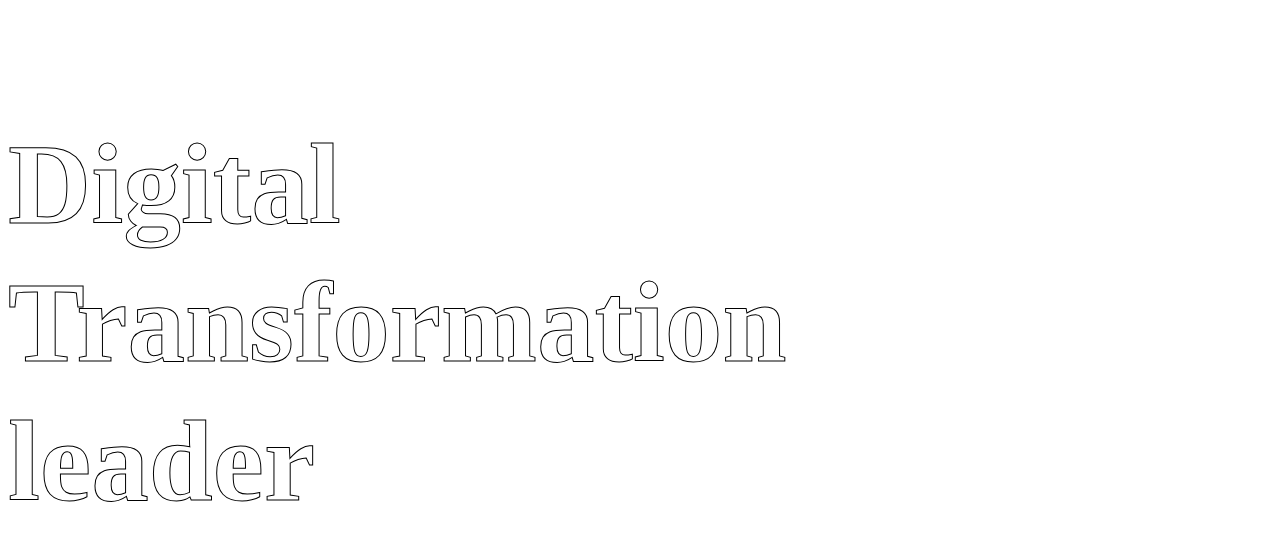
Repository: lwygold/motion
Page: text/텍스트 위에서 아래로 채워지는.html
An editor plug-in stored every save of this project. The page is shown before and after the next save, followed by the edit.
The browser window is 1280 px wide. The pictures show the whole page.

Above is the page before, as saved 2023-02-07 14:46:39.

After the next save:
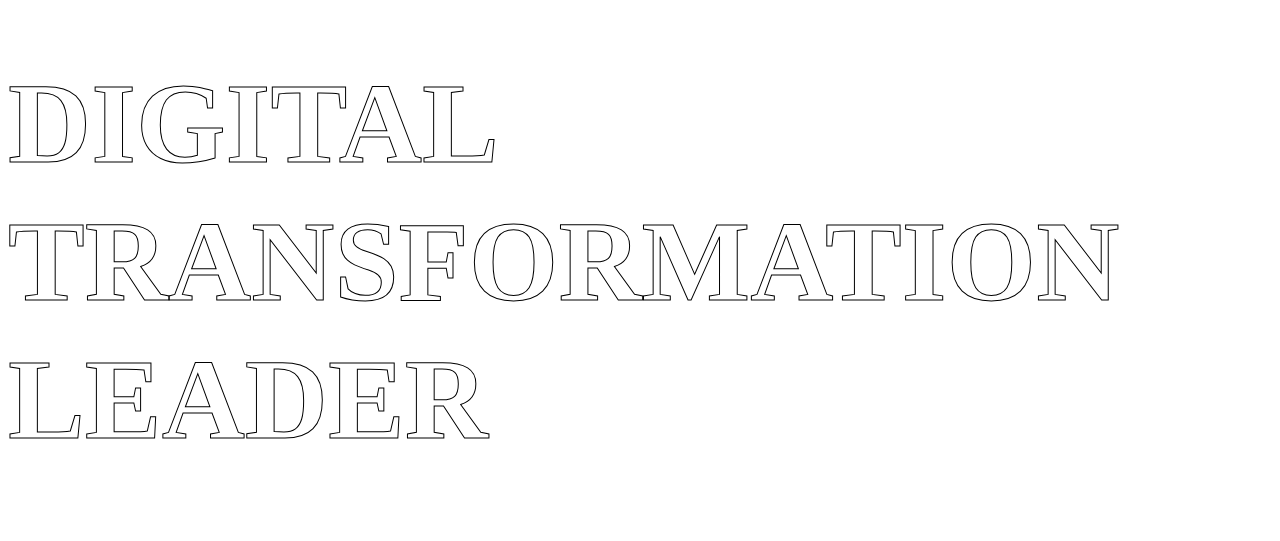
Saved 68 s later.
--- a/text/텍스트 위에서 아래로 채워지는.html
+++ b/text/텍스트 위에서 아래로 채워지는.html
@@ -9,6 +9,15 @@
     <style>
         .sitemap__slogan {
             font-size: 9vw;
+        }
+
+        .sitemap__slogan {
+            font-size: 4.2vw;
+            font-weight: 900;
+            line-height: 1.2;
+            letter-spacing: 0;
+            text-align: left;
+            text-transform: uppercase;
         }
         .sitemap__slogan span {
             overflow: hidden;
